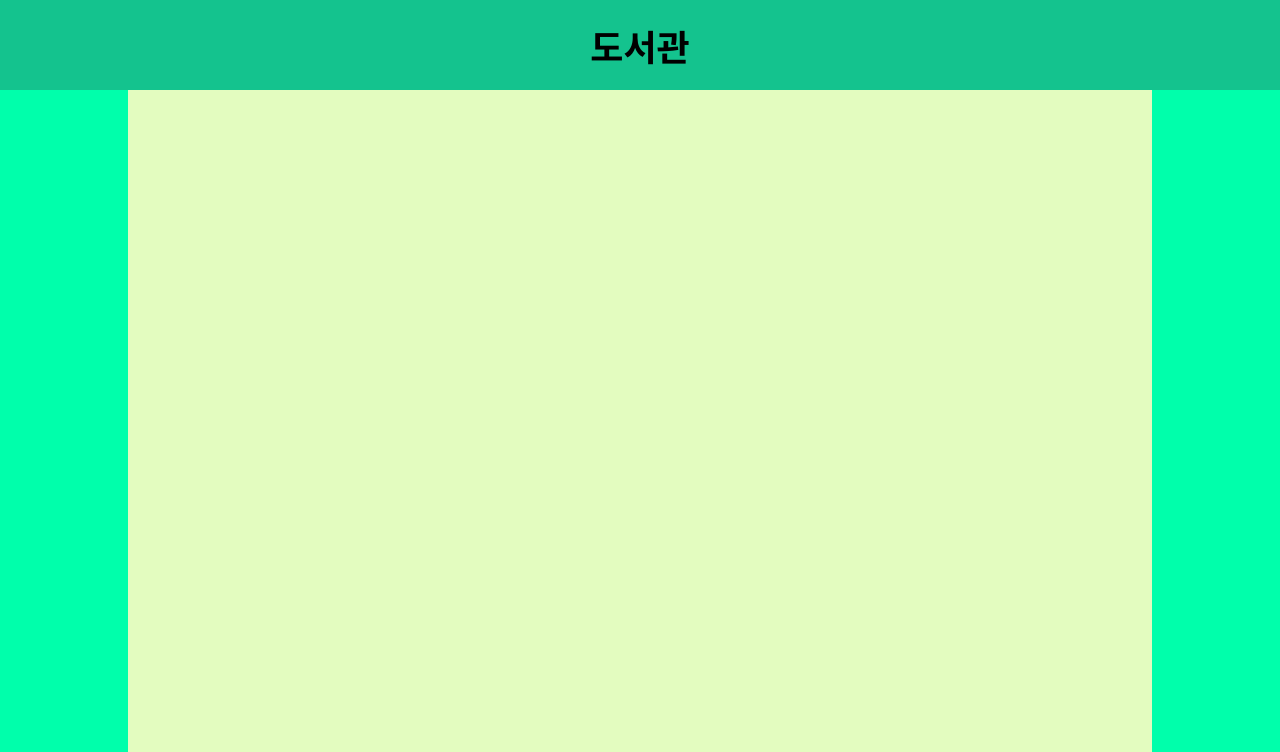
Repository: sojihwan/API_-Multi
Page: / (app in API/)
These files come from the project's save history. The page is drawn as it stood at one moment and after the next save; the edit follows.
The browser window is 1280 px wide. The pictures show the whole page.
The project was rebuilt for these pictures with package versions that can differ from the ones it lists, and the page was loaded fresh each time. Also part of the build but not shown: API/src/App.css.

Above is the page before, as saved 2022-05-24 16:22:18.

### API/src/App.js
import "./App.css";
import Layout from "./Layout/Layout";

function App() {
  return (
    <div>
      <Layout />
    </div>
  );
}

export default App;

### API/src/Layout/layout.js
import React from "react";
import "./Layout.css";
import Section from "./Section";

function Layout() {
  return (
    <div className="layout">
      <header>도서관</header>
      <main>
        <aside></aside>
        <Section />
        <aside></aside>
      </main>
    </div>
  );
}

export default Layout;

### API/src/Layout/layout.css
@import url('https://fonts.googleapis.com/css2?family=Noto+Sans+KR:wght@100&display=swap');

.layout {
  box-sizing: border-box;
  font-family: 'Noto Sans KR', sans-serif;
}

header {
  top: 0px;
  width: 100%;
  height: 90px;
  line-height: 90px;
  text-align: center;
  background: #14C38E;
  font-size: 5vh;
  font-weight: bolder;
}

aside {
  top: 90px;
  background: #00FFAB;
}

main aside:first-child {
  position: absolute;
  left: 0;
  width: 10%;
  height: 91.9%;
}

main {
  display: flex;
  justify-content: center;
  align-items: center;
  min-height: 91.9vh;
  background: #E3FCBF;
}

main aside:last-child {
  position: absolute;
  right: 0;
  width: 10%;
  height: 91.9%;
}

### API/src/Layout/Section.js
import React from "react";
import "../Layout/Section.css";

function Section() {
  return (
    <div className="section">
      <div></div>
    </div>
  );
}

export default Section;

### API/src/Layout/Section.css
.section {
  width: 70%;
  padding: 290px 0;
  text-align: center;
  background: #E3FCBF;
}

Loaded but not shown: API/public/index.html (common file); API/src/index.js (common file); API/src/index.css (common file); API/src/reportWebVitals.js (common file)

After the next save:
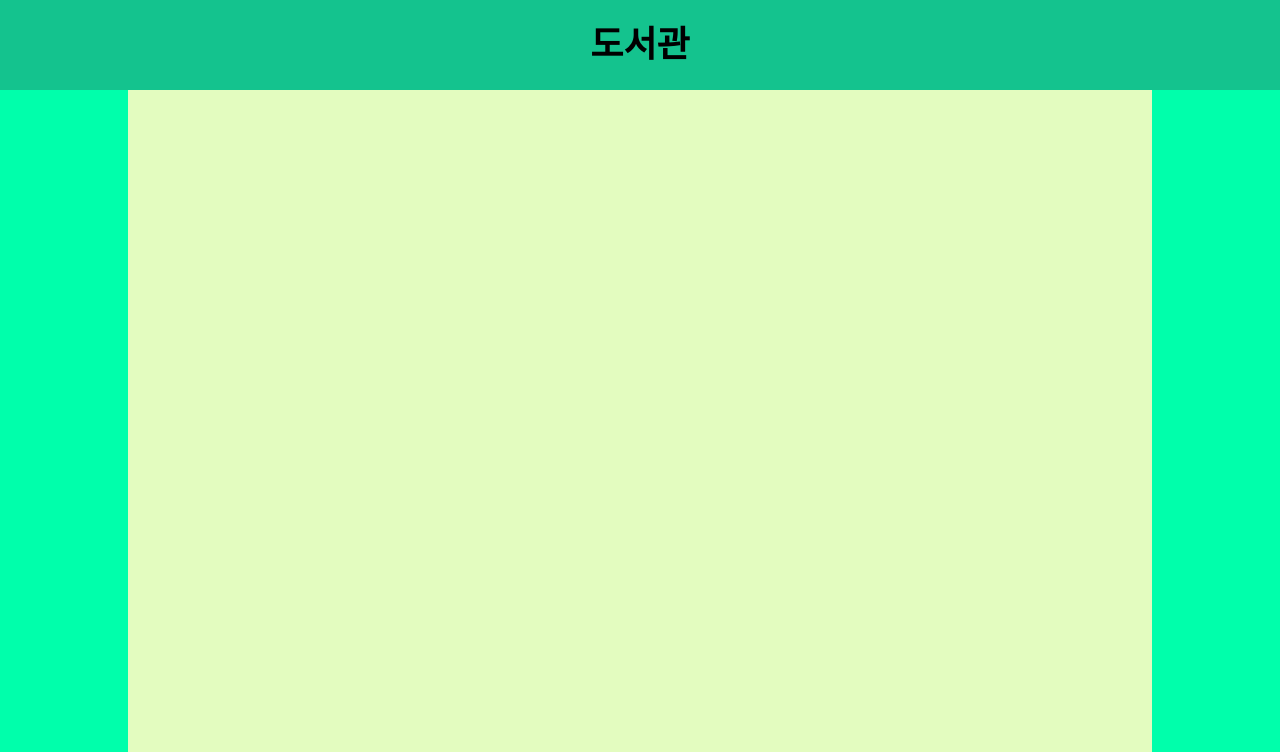
Saved 99 s later.
--- a/API/src/Layout/layout.css
+++ b/API/src/Layout/layout.css
@@ -1,4 +1,5 @@
 @import url('https://fonts.googleapis.com/css2?family=Noto+Sans+KR:wght@100&display=swap');
+@import url('https://fonts.googleapis.com/css2?family=Noto+Serif+KR:wght@300&display=swap');
 
 .layout {
   box-sizing: border-box;
@@ -14,6 +15,7 @@ header {
   background: #14C38E;
   font-size: 5vh;
   font-weight: bolder;
+  font-family: 'Noto Serif KR', serif;
 }
 
 aside {
